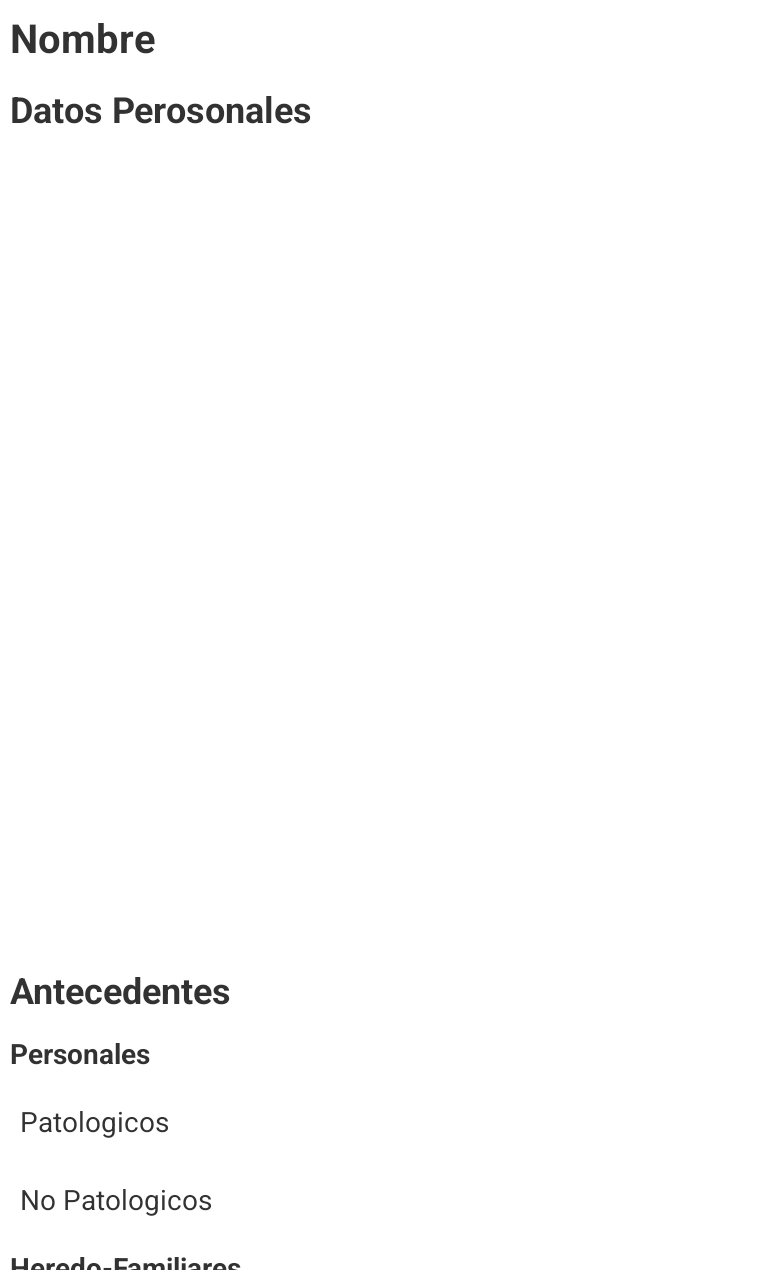
Repository: kakusio/AndoidMedics
Layout: NfcAndroidCliente/res/layout/historial_medico.xml
The author's editor kept a copy of each file at every save. The layout is drawn from the files as they stood at one save, then again after the next save.
It is drawn on a 768 x 1280 px phone screen (xhdpi) without system bars, with theme AppTheme; the app's code is not run. Lists and similar views that code fills are empty.

Above is the layout before, as saved 2013-04-14 18:06:31.

### NfcAndroidCliente/res/layout/historial_medico.xml
<?xml version="1.0" encoding="UTF-8"?>
<LinearLayout xmlns:android="http://schemas.android.com/apk/res/android"
    android:layout_width="fill_parent"
    android:layout_height="fill_parent"
    android:orientation="vertical" >

    <TextView
        android:id="@+id/nombreUsuario"
        android:layout_width="match_parent"
        android:layout_height="wrap_content"
        android:layout_margin="5dp"
        android:text="Nombre"
        android:textSize="20sp"
        android:textStyle="bold" />

    <TextView
        android:id="@+id/datosPerosonalesTest"
        android:layout_width="match_parent"
        android:layout_height="wrap_content"
        android:layout_margin="5dp"
        android:text="Datos Perosonales"
        android:textSize="18sp"
        android:textStyle="bold" />
    <LinearLayout
        android:id="@+id/datosPerosonalesLayout"
        android:layout_width="match_parent"
        android:layout_height="wrap_content"
        android:orientation="vertical" >

        <TextView
            android:id="@+id/sexoUsuario"
            android:layout_width="match_parent"
            android:layout_height="wrap_content"
            android:layout_margin="5dp" />

        <TextView
            android:id="@+id/edadUsuario"
            android:layout_width="match_parent"
            android:layout_height="wrap_content"
            android:layout_margin="5dp" />

        <TextView
            android:id="@+id/telefonoUsuario"
            android:layout_width="match_parent"
            android:layout_height="wrap_content"
            android:layout_margin="5dp" />

        <TextView
            android:id="@+id/emailUsuario"
            android:layout_width="match_parent"
            android:layout_height="wrap_content"
            android:layout_margin="5dp" />

        <TextView
            android:id="@+id/cedulaUsuario"
            android:layout_width="match_parent"
            android:layout_height="wrap_content"
            android:layout_margin="5dp" />

        <TextView
            android:id="@+id/direccionUsuario"
            android:layout_width="match_parent"
            android:layout_height="wrap_content"
            android:layout_margin="5dp" />

        <TextView
            android:id="@+id/tipoSangreUsuario"
            android:layout_width="match_parent"
            android:layout_height="wrap_content"
            android:layout_margin="5dp" />

        <TextView
            android:id="@+id/religionUsuario"
            android:layout_width="match_parent"
            android:layout_height="wrap_content"
            android:layout_margin="5dp" />

        <TextView
            android:id="@+id/ocupacionUsuario"
            android:layout_width="match_parent"
            android:layout_height="wrap_content"
            android:layout_margin="5dp" />

        <TextView
            android:id="@+id/estadiCivilUsuario"
            android:layout_width="match_parent"
            android:layout_height="wrap_content"
            android:layout_margin="5dp" />

        <TextView
            android:id="@+id/nivelEducacionUsuario"
            android:layout_width="match_parent"
            android:layout_height="wrap_content"
            android:layout_margin="5dp" />

        <TextView
            android:id="@+id/RazaUsuario"
            android:layout_width="match_parent"
            android:layout_height="wrap_content"
            android:layout_margin="5dp" />

        <TextView
            android:id="@+id/pesoUsuario"
            android:layout_width="match_parent"
            android:layout_height="wrap_content"
            android:layout_margin="5dp" />

        <TextView
            android:id="@+id/alturaUsuario"
            android:layout_width="match_parent"
            android:layout_height="wrap_content"
            android:layout_margin="5dp" />
    </LinearLayout>

    <TextView
        android:id="@+id/antecedentesTest"
        android:layout_width="match_parent"
        android:layout_height="wrap_content"
        android:layout_margin="5dp"
        android:text="Antecedentes"
        android:textSize="18sp"
        android:textStyle="bold" />
    <LinearLayout
        android:id="@+id/antecedentesLayout"
        android:layout_width="match_parent"
        android:layout_height="wrap_content"
        android:orientation="vertical" >

        <TextView
            android:id="@+id/Personales"
            android:layout_width="match_parent"
            android:layout_height="wrap_content"
            android:layout_margin="5dp"
            android:text="Personales"
            android:textStyle="bold" />

        <LinearLayout
            android:id="@+id/personaleslayout"
            android:layout_width="match_parent"
            android:layout_height="wrap_content"
            android:orientation="vertical" >

            <TextView
                android:id="@+id/patologicos"
                android:layout_width="match_parent"
                android:layout_height="wrap_content"
                android:layout_margin="10dp"
                android:text="Patologicos" />

            <LinearLayout
                android:id="@+id/patologicosLayout"
                android:layout_width="match_parent"
                android:layout_height="wrap_content"
                android:orientation="vertical" >

                <ListView
                    android:id="@+id/patologicosList"
                    android:layout_width="match_parent"
                    android:layout_height="wrap_content" >
                </ListView>
            </LinearLayout>

            <TextView
                android:id="@+id/noPatologicos"
                android:layout_width="match_parent"
                android:layout_height="wrap_content"
                android:layout_margin="10dp"
                android:text="No Patologicos" />

            <LinearLayout
                android:id="@+id/noPatologicosLayout"
                android:layout_width="match_parent"
                android:layout_height="wrap_content"
                android:orientation="vertical" >

                <ListView
                    android:id="@+id/noPatologicosList"
                    android:layout_width="match_parent"
                    android:layout_height="wrap_content" >
                </ListView>
            </LinearLayout>
        </LinearLayout>

        <TextView
            android:id="@+id/heredoFamiliares"
            android:layout_width="match_parent"
            android:layout_height="wrap_content"
            android:layout_margin="5dp"
            android:text="Heredo-Familiares"
            android:textStyle="bold" />

        <LinearLayout
            android:id="@+id/heredoFamiliaresLayout"
            android:layout_width="match_parent"
            android:layout_height="wrap_content"
            android:orientation="vertical" >

            <ListView
                android:id="@+id/heredoFamiliaresList"
                android:layout_width="match_parent"
                android:layout_height="wrap_content" >
            </ListView>
        </LinearLayout>

        <TextView
            android:id="@+id/socioEconomicos"
            android:layout_width="match_parent"
            android:layout_height="wrap_content"
            android:layout_margin="5dp"
            android:text="Socio-Economicos"
            android:textStyle="bold" />

        <LinearLayout
            android:id="@+id/socioEconomicosLayout"
            android:layout_width="match_parent"
            android:layout_height="wrap_content"
            android:orientation="vertical" >

            <ListView
                android:id="@+id/socioEconomicosList"
                android:layout_width="match_parent"
                android:layout_height="wrap_content" >
            </ListView>
        </LinearLayout>
    </LinearLayout>

</LinearLayout>

Loaded but not shown: NfcAndroidCliente/res/values-v11/styles.xml (common file); NfcAndroidCliente/res/values-v14/styles.xml (common file); NfcAndroidCliente/res/values/styles.xml (common file)

After the next save:
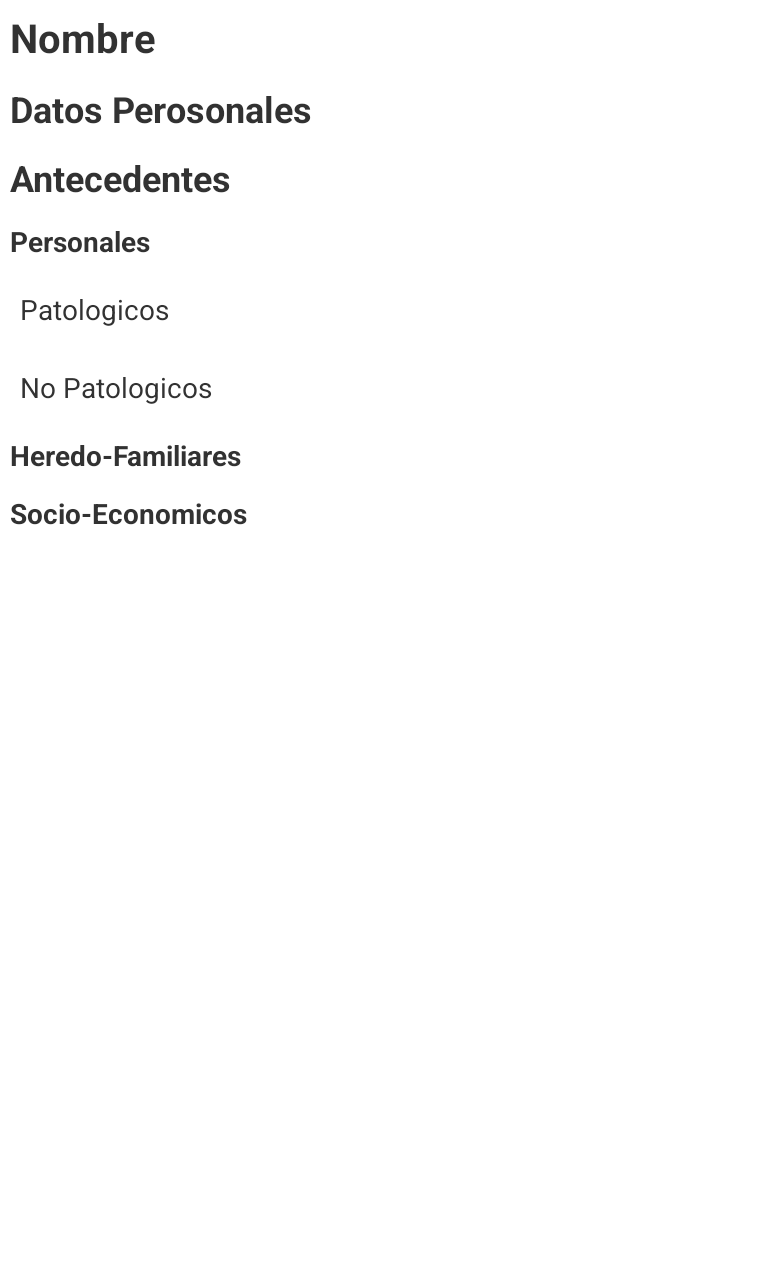
Saved 5 min 5 s later.
--- a/NfcAndroidCliente/res/layout/historial_medico.xml
+++ b/NfcAndroidCliente/res/layout/historial_medico.xml
@@ -21,95 +21,18 @@
         android:text="Datos Perosonales"
         android:textSize="18sp"
         android:textStyle="bold" />
+
     <LinearLayout
         android:id="@+id/datosPerosonalesLayout"
         android:layout_width="match_parent"
         android:layout_height="wrap_content"
         android:orientation="vertical" >
 
-        <TextView
-            android:id="@+id/sexoUsuario"
+        <ListView
+            android:id="@+id/datosPersonalesList"
             android:layout_width="match_parent"
-            android:layout_height="wrap_content"
-            android:layout_margin="5dp" />
-
-        <TextView
-            android:id="@+id/edadUsuario"
-            android:layout_width="match_parent"
-            android:layout_height="wrap_content"
-            android:layout_margin="5dp" />
-
-        <TextView
-            android:id="@+id/telefonoUsuario"
-            android:layout_width="match_parent"
-            android:layout_height="wrap_content"
-            android:layout_margin="5dp" />
-
-        <TextView
-            android:id="@+id/emailUsuario"
-            android:layout_width="match_parent"
-            android:layout_height="wrap_content"
-            android:layout_margin="5dp" />
-
-        <TextView
-            android:id="@+id/cedulaUsuario"
-            android:layout_width="match_parent"
-            android:layout_height="wrap_content"
-            android:layout_margin="5dp" />
-
-        <TextView
-            android:id="@+id/direccionUsuario"
-            android:layout_width="match_parent"
-            android:layout_height="wrap_content"
-            android:layout_margin="5dp" />
-
-        <TextView
-            android:id="@+id/tipoSangreUsuario"
-            android:layout_width="match_parent"
-            android:layout_height="wrap_content"
-            android:layout_margin="5dp" />
-
-        <TextView
-            android:id="@+id/religionUsuario"
-            android:layout_width="match_parent"
-            android:layout_height="wrap_content"
-            android:layout_margin="5dp" />
-
-        <TextView
-            android:id="@+id/ocupacionUsuario"
-            android:layout_width="match_parent"
-            android:layout_height="wrap_content"
-            android:layout_margin="5dp" />
-
-        <TextView
-            android:id="@+id/estadiCivilUsuario"
-            android:layout_width="match_parent"
-            android:layout_height="wrap_content"
-            android:layout_margin="5dp" />
-
-        <TextView
-            android:id="@+id/nivelEducacionUsuario"
-            android:layout_width="match_parent"
-            android:layout_height="wrap_content"
-            android:layout_margin="5dp" />
-
-        <TextView
-            android:id="@+id/RazaUsuario"
-            android:layout_width="match_parent"
-            android:layout_height="wrap_content"
-            android:layout_margin="5dp" />
-
-        <TextView
-            android:id="@+id/pesoUsuario"
-            android:layout_width="match_parent"
-            android:layout_height="wrap_content"
-            android:layout_margin="5dp" />
-
-        <TextView
-            android:id="@+id/alturaUsuario"
-            android:layout_width="match_parent"
-            android:layout_height="wrap_content"
-            android:layout_margin="5dp" />
+            android:layout_height="wrap_content" >
+        </ListView>
     </LinearLayout>
 
     <TextView
@@ -120,6 +43,7 @@
         android:text="Antecedentes"
         android:textSize="18sp"
         android:textStyle="bold" />
+
     <LinearLayout
         android:id="@+id/antecedentesLayout"
         android:layout_width="match_parent"
